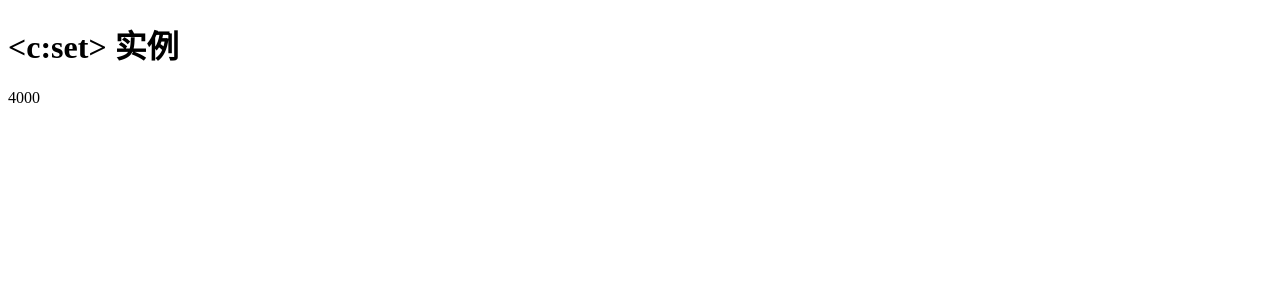
Repository: eterinfi/java
Page: http://localhost/JSPDemo/JSTLDemo/core/c_set.jsp
The author's editor kept a copy of each file at every save. The page is drawn from the files as they stood at one save, then again after the next save.
The browser window is 1280 px wide. The pictures show the whole page.
The page is served by Tomcat 9. Other server files are loaded and not shown.

Above is the page before, as saved 2016-11-15 11:59:34.

### jee/JSPDemo/WebContent/JSTLDemo/core/c_set.jsp
<%@ page language="java" contentType="text/html; charset=UTF-8"
    pageEncoding="UTF-8"%>
<%@ taglib uri="http://java.sun.com/jsp/jstl/core" prefix="c" %>
<!DOCTYPE html PUBLIC "-//W3C//DTD HTML 4.01 Transitional//EN" "http://www.w3.org/TR/html4/loose.dtd">
<html>
<head>
  <meta http-equiv="Content-Type" content="text/html; charset=utf-8">
  <title>&lt;c:set&gt; 标签实例</title>
</head>
<body>
  <h1>&lt;c:set&gt; 实例</h1>
  <c:set var="salary" scope="session" value="${2000*2}" />
  <c:out value="${salary}" />
</body>
</html>

After the next save:
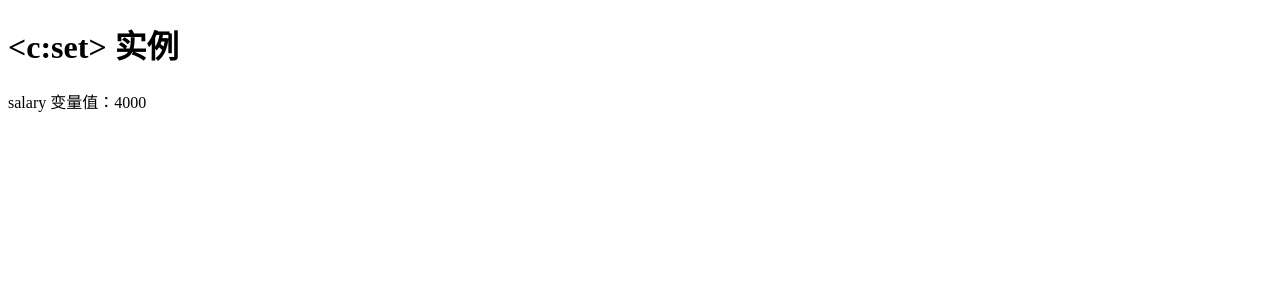
Saved 99 s later.
--- a/jee/JSPDemo/WebContent/JSTLDemo/core/c_set.jsp
+++ b/jee/JSPDemo/WebContent/JSTLDemo/core/c_set.jsp
@@ -10,6 +10,6 @@
 <body>
   <h1>&lt;c:set&gt; 实例</h1>
   <c:set var="salary" scope="session" value="${2000*2}" />
-  <c:out value="${salary}" />
+  <p>salary 变量值：<c:out value="${salary}" /></p>
 </body>
 </html>
